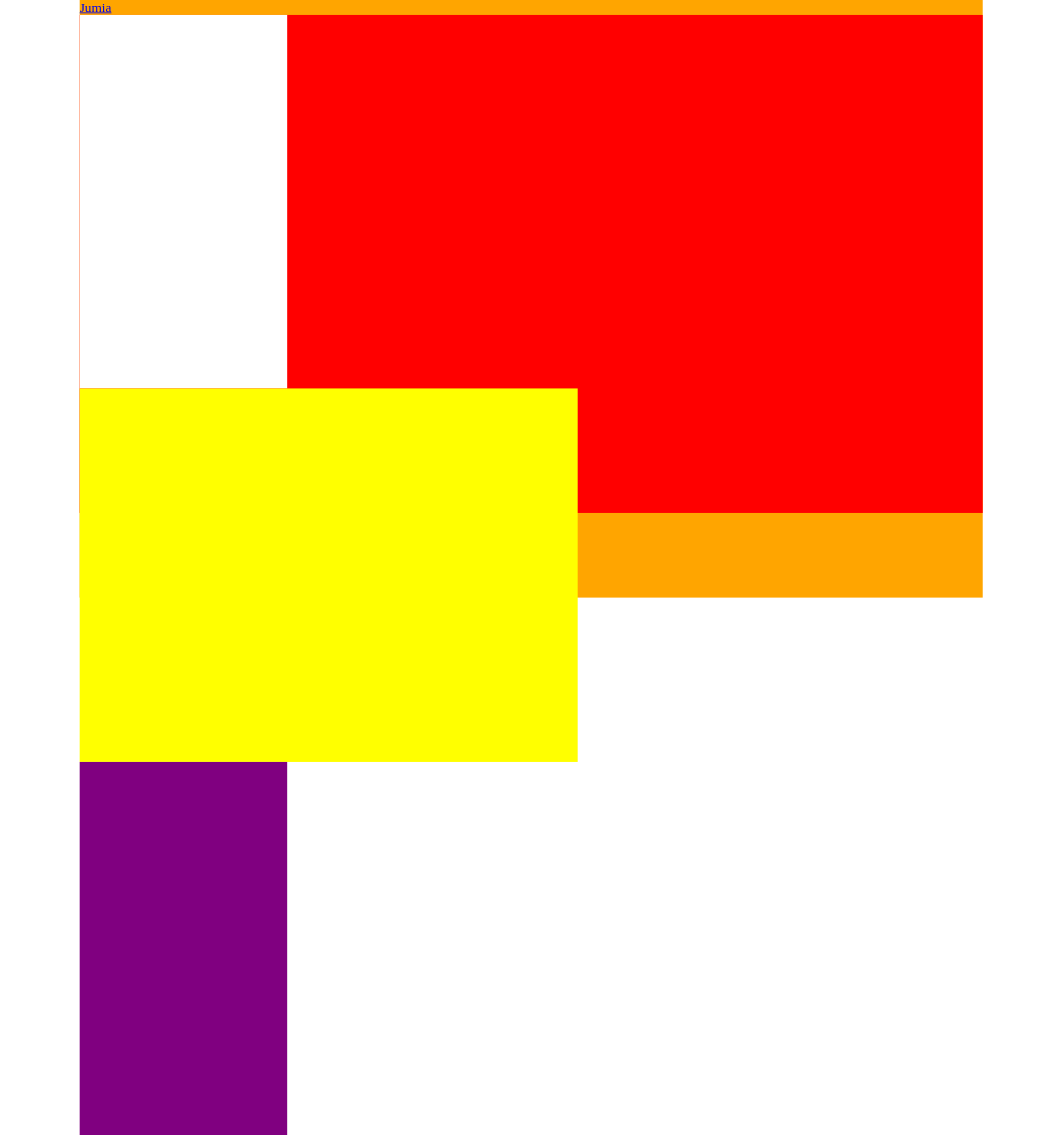
Repository: latenightsnacc/HTML-LESSONS
Page: WEB-DESIGN-3/Lessons/flex_layout.html
These files come from the project's save history. The page is drawn as it stood at one moment and after a run of saves; the edit follows.
The browser window is 1280 px wide. The pictures show the whole page, at 83% of full size.

Above is the page before, as saved 2022-02-04 14:19:00.

After the next 4 saves:
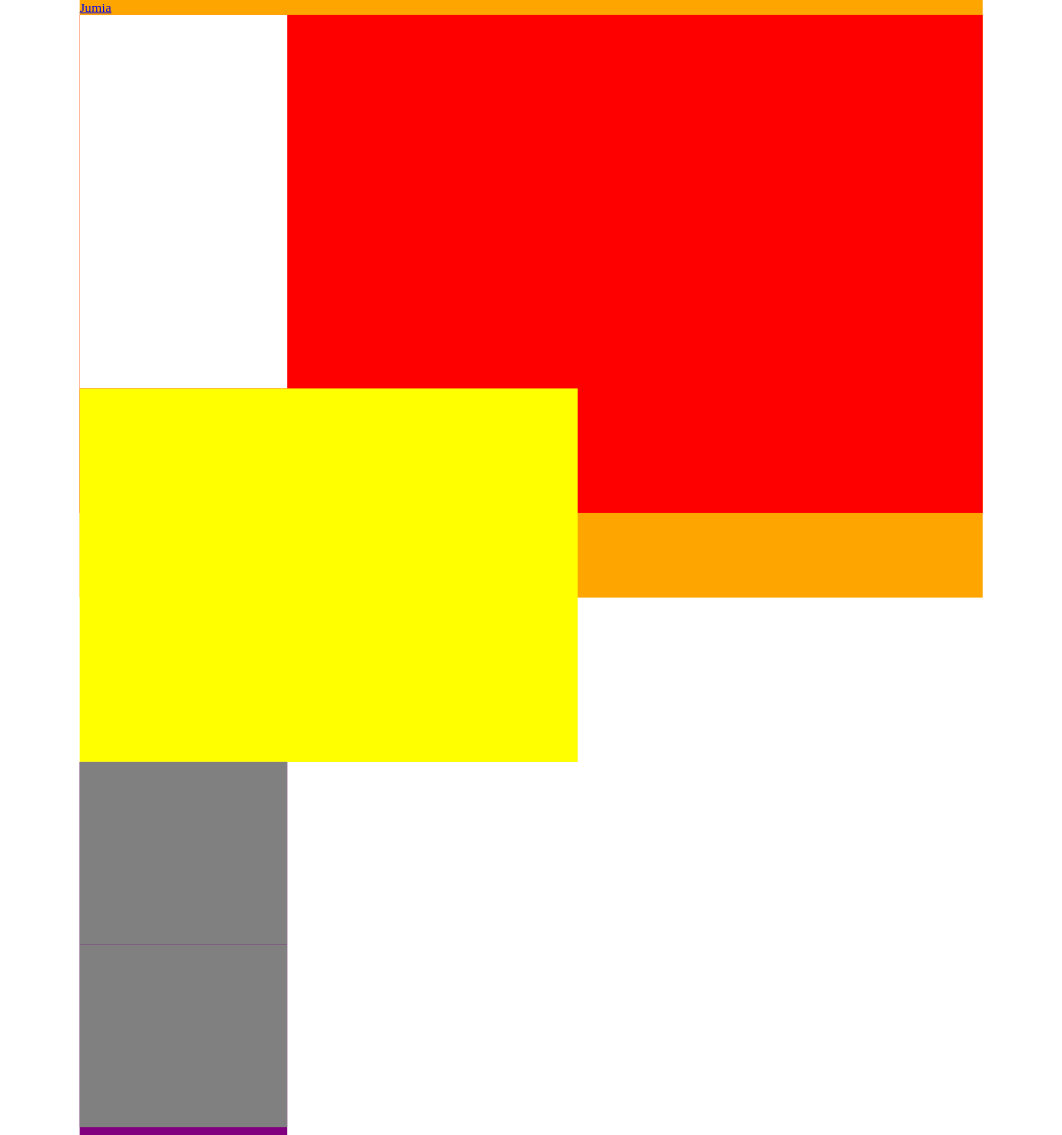
The 4 saves are shown as one change because they came seconds apart.
The last was saved 16 s later.
--- a/WEB-DESIGN-3/Lessons/flex_layout.css
+++ b/WEB-DESIGN-3/Lessons/flex_layout.css
@@ -33,5 +33,6 @@
 }
 .ad {
     width: 100%;
-    height: ;
+    height: 220px;
+    background: gray;
 }
